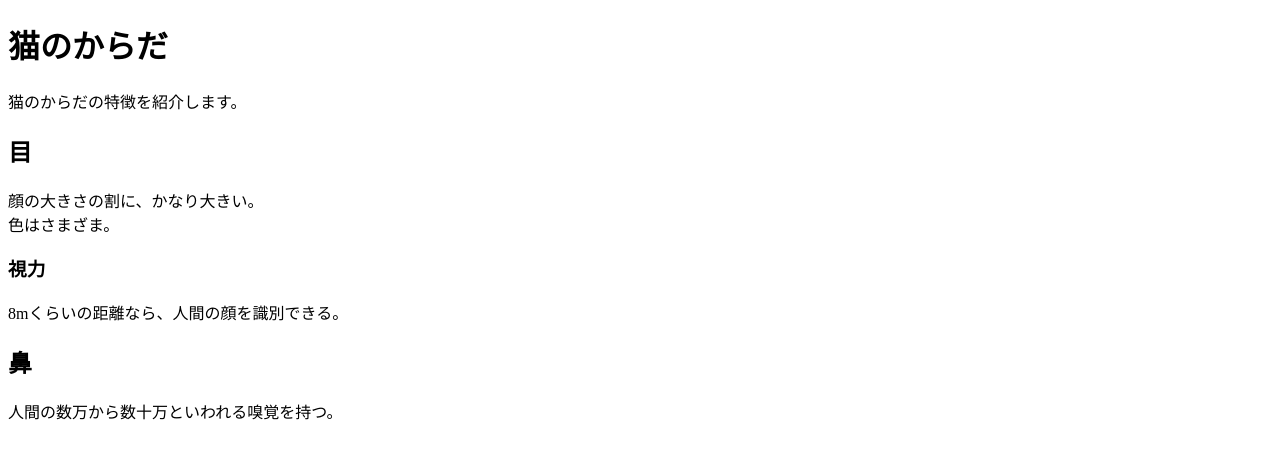
Repository: boo00kazoo/MyBlog
Page: 2-3mondai.html
The author's editor kept a record of every edit. The page is drawn from the files as they stood at one moment, then again after the next edit.
The browser window is 1280 px wide. The pictures show the whole page.

Above is the page before.

### 2-3mondai.html
<!DOCTYPE html>
<html lang="ja">
<head>
<meta charset="utf-8">
<title>猫のからだ</title>
</head>
<body>
<h1>猫のからだ</h1>
<p>猫のからだの特徴を紹介します。</p>
<h2>目</h2>
<p>顔の大きさの割に、かなり大きい。<br>
色はさまざま。</p>
<h3>視力</h3>
<p>8mくらいの距離なら、人間の顔を識別できる。</p>
<h2>鼻</h2>
<p>人間の数万から数十万といわれる嗅覚を持つ。</p>
</body>
</html>

### 2-3.css
div{ background-color: #eeeeee;}
h2{ background-color: #cccccc;}
body{
    background-color: #f00;
    background-image: linear-gradient(rgba(0,0,0,0) rgba(0,0,0,75));
}

After the next edit:
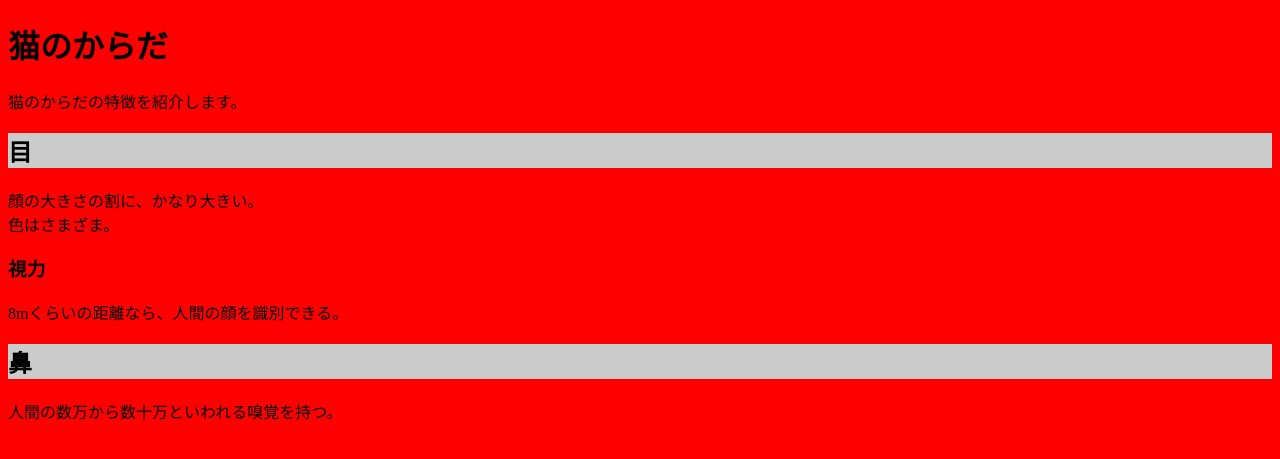
The edit:
--- a/2-3mondai.html
+++ b/2-3mondai.html
@@ -3,6 +3,7 @@
 <head>
 <meta charset="utf-8">
 <title>猫のからだ</title>
+<link href="2-3.css" rel="stylesheet"
 </head>
 <body>
 <h1>猫のからだ</h1>
